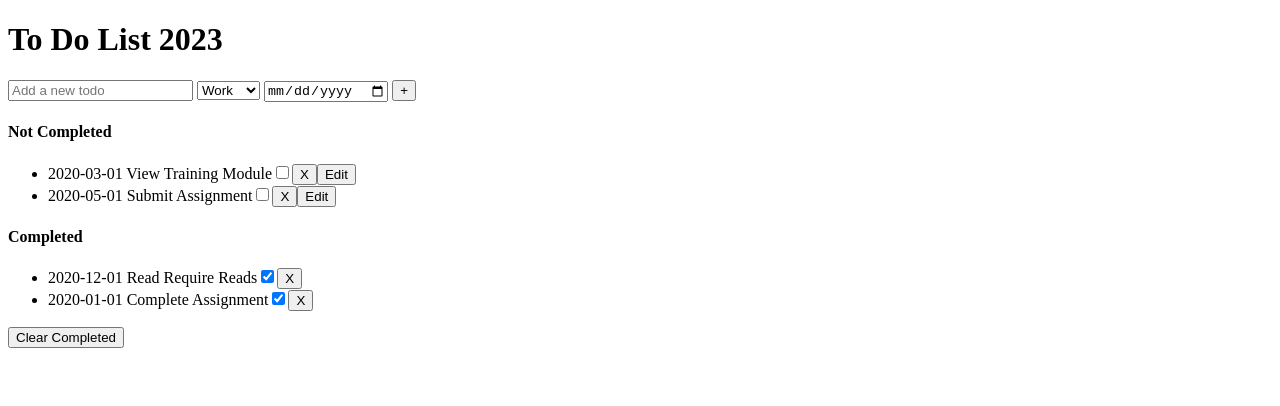
Repository: Kayla-amr/dgm3760
Page: index.html
These files come from the project's save history. The page is drawn as it stood at one moment and after a run of saves; the edit follows.
The browser window is 1280 px wide. The pictures show the whole page.

Above is the page before, as saved 2023-10-23 17:14:06.

After the next 3 saves:
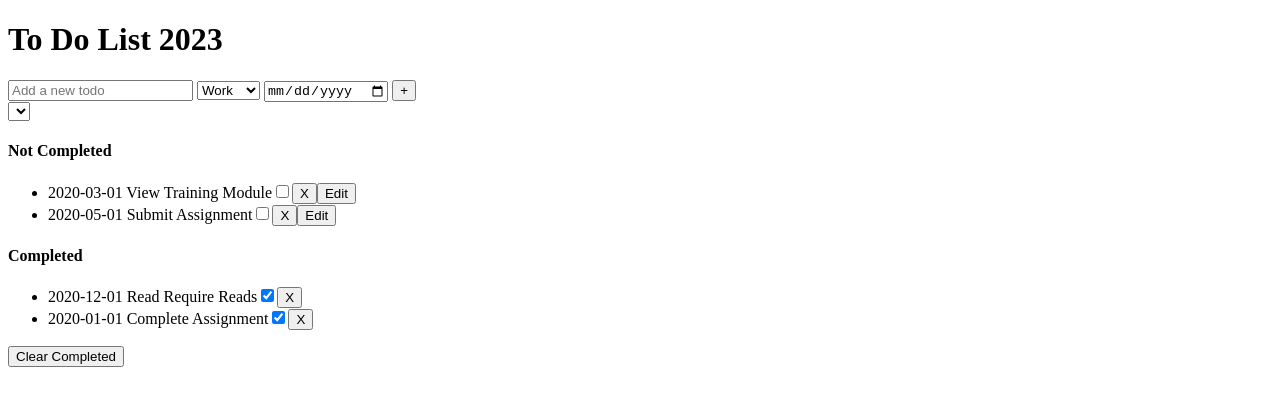
The 3 saves are shown as one change because they came seconds apart.
The last was saved 16 s later.
--- a/index.html
+++ b/index.html
@@ -22,7 +22,7 @@
         </div>
 
         <div>
-
+            <select name="categorySelected" id=""></select>
         </div>
         <div class="todos">
             <h4>Not Completed</h4>
